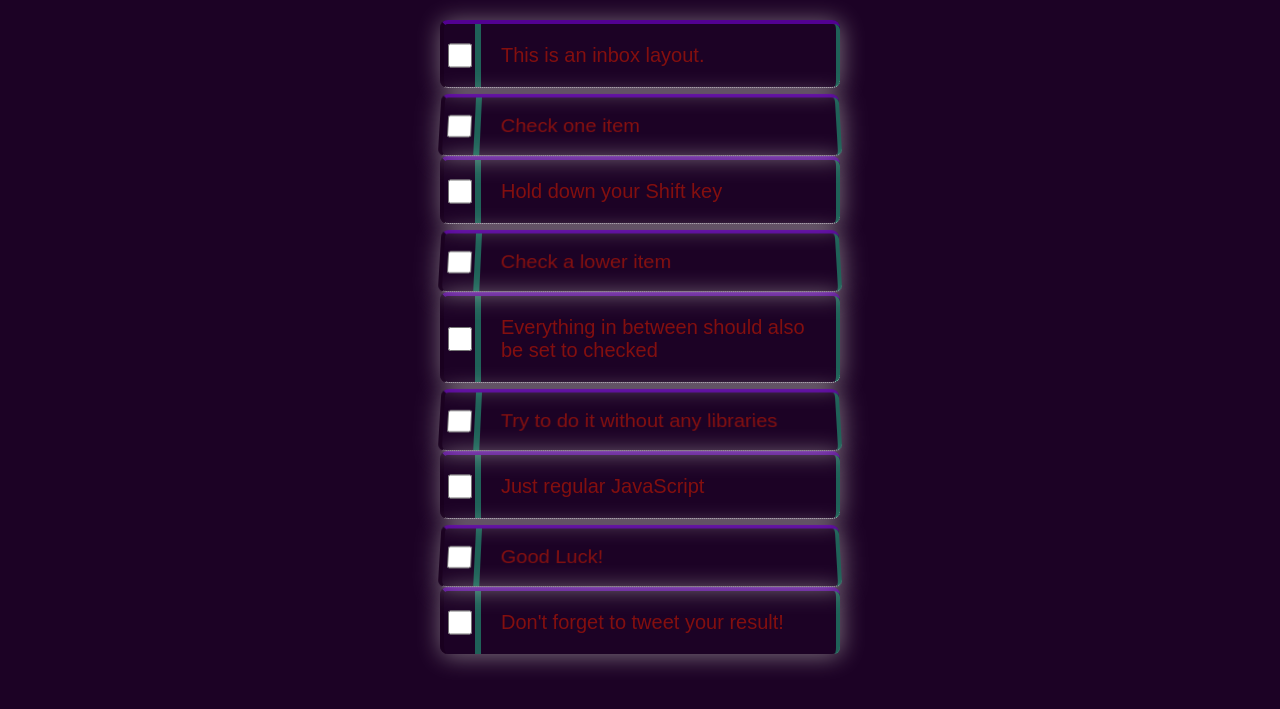
Repository: Freezler/Shift-Select-Checkboxes
Page: index.html
The author's editor kept a copy of each file at every save. The page is drawn from the files as they stood at one save, then again after the next save.
The browser window is 1280 px wide. The pictures show the whole page.

Above is the page before, as saved 2024-09-07 23:11:26.

### index.html
<!DOCTYPE html>
<html lang="en">

<head>
  <meta charset="UTF-8">
  <title>Hold Shift to Check Multiple Checkboxes</title>
  <link rel="icon" href="https://fav.farm/🔥" />
</head>

<body>
  <style>
    :root {
      --background-color: rgb(28, 2, 37);
      --border-color: hsla(292, 94%, 6%, 0.8);

    }

    html {
      font-family: sans-serif;
      font-weight: 500;
      background: var(--background-color);
      user-select: none;
    }




    .inbox {
      max-width: 400px;
      margin: 20px auto;
      gap: 0px;
      border-radius: 5px;
      display: flex;
      flex-direction: column;
      background: var(--background-color);
    }

    .item {
      display: flex;
      transition: all 0.3s ease-in-out;
      border-inline-start: 4px solid var(--border-color);
      border-block-start: 4px solid rgba(136, 0, 255, 0.497);
      box-shadow: 1px 2px 24px rgba(244, 249, 232, 0.447);
      border-bottom: 1px dotted #F1F1F1;
      color: rgb(131, 15, 15);
      border-radius: 8px;
    }

    .item:last-child {
      border-bottom: 0;
    }



    input[type="checkbox"] {
      accent-color: #7c0529ef;
      width: 24px;
      ;
    }

    input:checked+p {
      background: #a3045131;
      text-decoration: line-through;
      color: cornsilk;
      border-inline: 8px solid #5e057cef;
      transition: all 0.9s ease-in-out;
      border-radius: 99px;
      margin-inline: 48px;


    }



    .inbox .item:nth-child(even) {
      transform: perspective(1500px) rotateX(24deg) translateY(3px) scale(1.001);

    }

    .inbox .item:nth-child(odd) {
      transform: perspective(1500px) rotateX(-24deg) translateY (3px) scale(1.001);

    }

    .item:nth-child(odd):hover {
      transform: perspective(400px) rotateX(24deg) translateY(3px);

    }

    .item:nth-child(even):hover {
      transform: perspective(400px) rotateX(24deg) translateY(3px);

    }

    .item:nth-child(even) {
      transform: perspective(1500px) rotateX(-24deg) translateY(3px);

    }

    p {
      margin: 0;
      padding: 20px;
      transition: background 0.3s;
      flex: 1;

      font-size: 20px;
      font-weight: 200;
      border-inline: 6px solid #23cc9178;
      border-inline-end: 4px solid #23cc9178;
      border-start-end-radius: 6px;
      border-end-end-radius: 6px;
    }
  </style>
  <!--  The following is a common layout you would see in an email client.
        When a user clicks a checkbox, holds Shift, and then clicks another checkbox a few rows down, all the checkboxes in between those two checkboxes should be checked.

  -->
  <div class="inbox">
    <div class="item">
      <input type="checkbox">
      <p>This is an inbox layout.</p>
    </div>
    <div class="item">
      <input type="checkbox">
      <p>Check one item</p>
    </div>
    <div class="item">
      <input type="checkbox">
      <p>Hold down your Shift key</p>
    </div>
    <div class="item">
      <input type="checkbox">
      <p>Check a lower item</p>
    </div>
    <div class="item">
      <input type="checkbox">
      <p>Everything in between should also be set to checked</p>
    </div>
    <div class="item">
      <input type="checkbox">
      <p>Try to do it without any libraries</p>
    </div>
    <div class="item">
      <input type="checkbox">
      <p>Just regular JavaScript</p>
    </div>
    <div class="item">
      <input type="checkbox">
      <p>Good Luck!</p>
    </div>
    <div class="item">
      <input type="checkbox">
      <p>Don't forget to tweet your result!</p>
    </div>
  </div>

  <script>
    const checkboxes = document.querySelectorAll('.inbox input[type="checkbox"]');

    checkboxes.forEach(checkbox => checkbox.addEventListener('click', handleCheck))

    let lastChecked;

    function handleCheck(e) {
      // check for shift-press && checked
      let inBetween = false;
      // loop over every single checkbox
      if (e.shiftKey && this.checked) {
        checkboxes.forEach(checkbox => {
          if (checkbox === this || checkbox === lastChecked) {
            inBetween = !inBetween
          }
          if (inBetween) {
            checkbox.checked = true
          }
        })
      }

      if (e.shiftKey && this.checked) {
        console.log("haha it's clicked with shift down AND checked!")
      }
      if (e.shiftKey && !this.checked) {
        console.log("haha it's clicked with shift down but not checked!")
      }
      lastChecked = this;
    }

  </script>
</body>

</html>

After the next save:
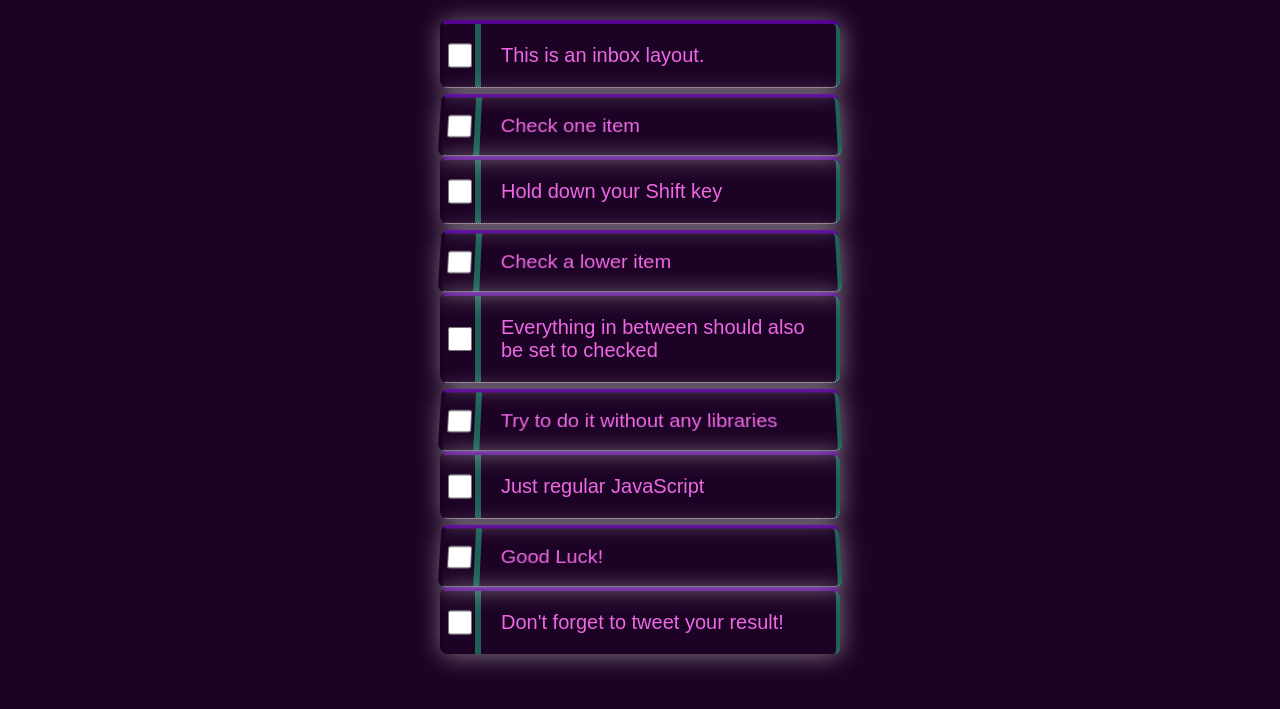
Saved 11 s later.
--- a/index.html
+++ b/index.html
@@ -42,7 +42,7 @@
       border-block-start: 4px solid rgba(136, 0, 255, 0.497);
       box-shadow: 1px 2px 24px rgba(244, 249, 232, 0.447);
       border-bottom: 1px dotted #F1F1F1;
-      color: rgb(131, 15, 15);
+      color: rgb(238, 104, 227);
       border-radius: 8px;
     }
 
